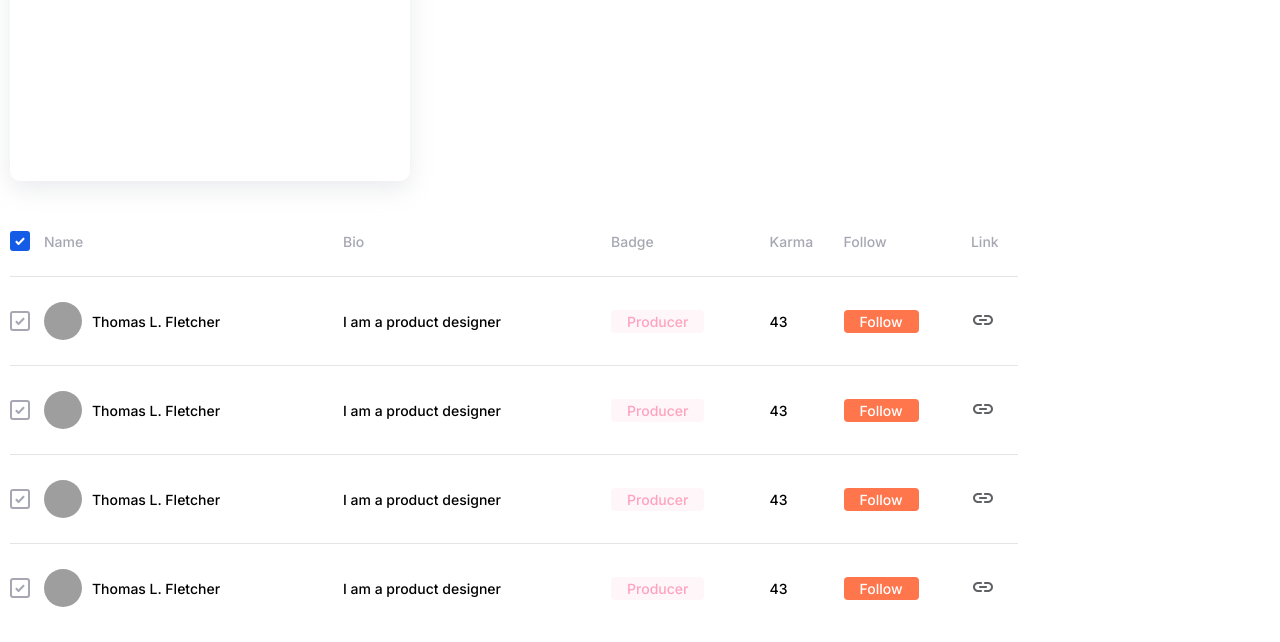
Repository: anhphapap/CSS
Page: test.html
These files come from the project's save history. The page is drawn as it stood at one moment and after a run of saves; the edit follows.
The browser window is 1280 px wide. The pictures show the part of the page from y = 642 to 1284 px (the page is 1284 px tall before and 1084 px after).
Pictures or frames that could not be fetched are drawn as grey boxes. A picture or video elsewhere on the page could not be fetched, so the positions and the page height are approximate.

Above is the page before, as saved 2023-04-09 19:03:00.

After the next 3 saves:
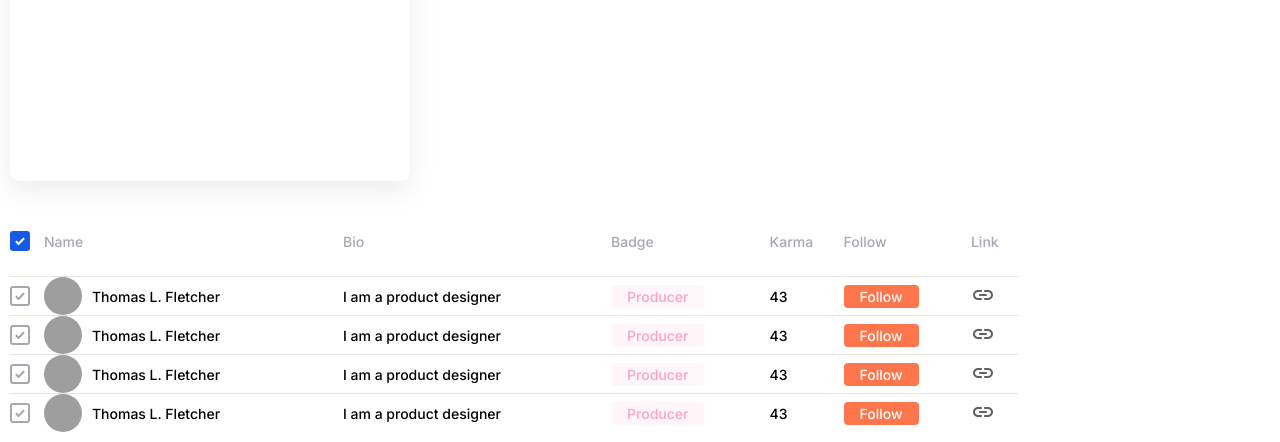
The 3 saves are shown as one change because they came seconds apart.
The last was saved 12 s later.
--- a/CSS/test.css
+++ b/CSS/test.css
@@ -317,7 +317,7 @@
     border-top: 1px solid #E4E4E4;
 }
 
-
+tbody tr::las
 td{
     padding: 25px 0;
 }

After the 2 saves that followed:
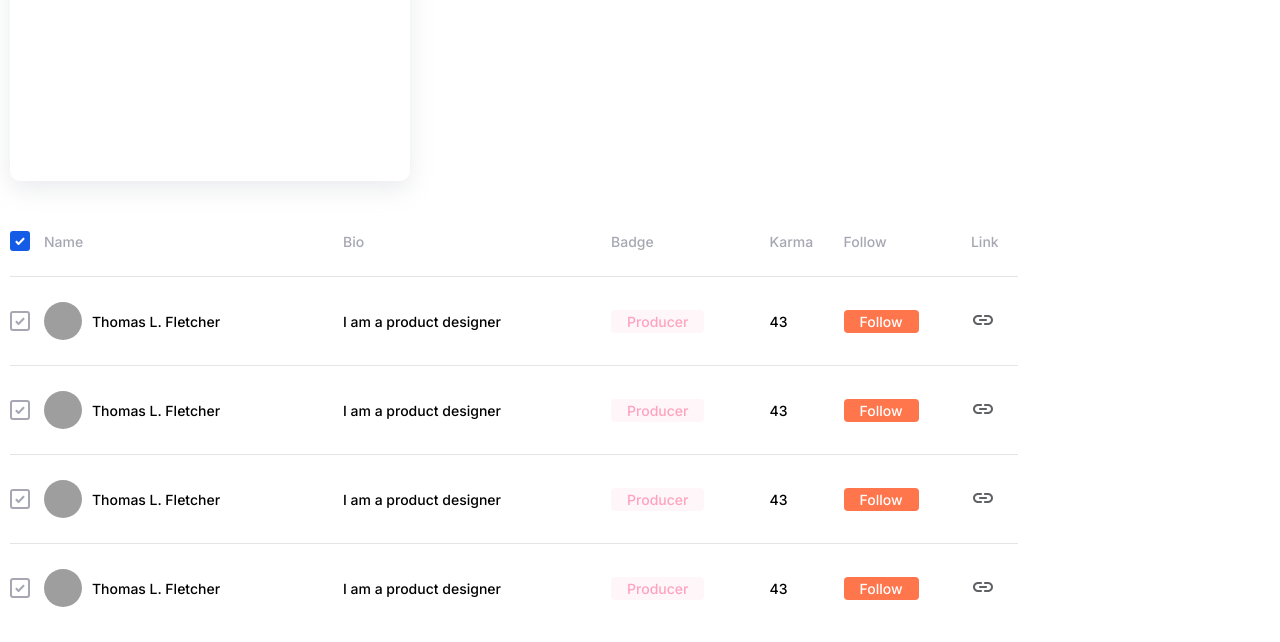
The 2 saves are shown as one change because they came seconds apart.
The last was saved 6 s later.
--- a/CSS/test.css
+++ b/CSS/test.css
@@ -317,7 +317,9 @@
     border-top: 1px solid #E4E4E4;
 }
 
-tbody tr::las
+tbody tr:last-child{
+
+}
 td{
     padding: 25px 0;
 }
